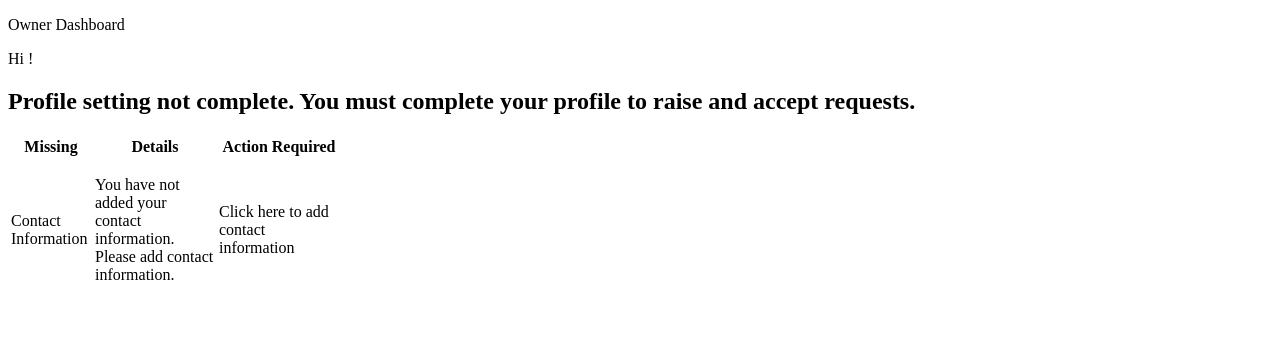
Repository: vasuanne/PetDiaries
Page: http://localhost/SpringMVC/WEB-INF/views/ownerDashboard.jsp
An editor plug-in stored every save of this project. The page is shown before and after the next save, followed by the edit.
The browser window is 1280 px wide. The pictures show the whole page.
The page is served by Tomcat 9. Nobody is signed in. The template is opened directly, without the code that normally fills it, so the values that code supplies are empty.

Above is the page before, as saved 2017-04-26 19:38:27.

After the next save:
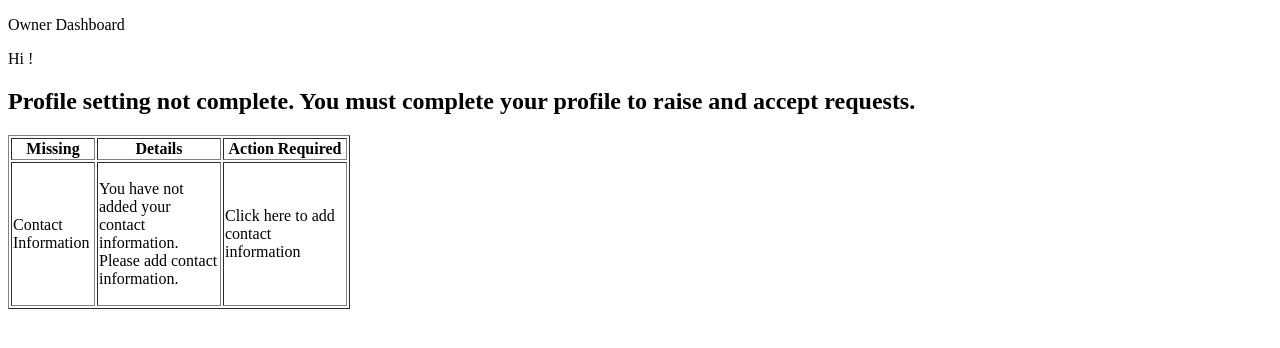
Saved 4 min 58 s later.
--- a/oopsWorkspace/SpringMVC/src/main/webapp/WEB-INF/views/ownerDashboard.jsp
+++ b/oopsWorkspace/SpringMVC/src/main/webapp/WEB-INF/views/ownerDashboard.jsp
@@ -14,7 +14,7 @@
 
 <c:if test="${petCount == 0 || !contactInfo}">
 <h2>Profile setting not complete. You must complete your profile to raise and accept requests.</h2>
-	<table class="tg">
+	<table class="tg"  border="1">
 	<tr>
 		<th width="80">Missing</th>
 		<th width="120">Details</th>
